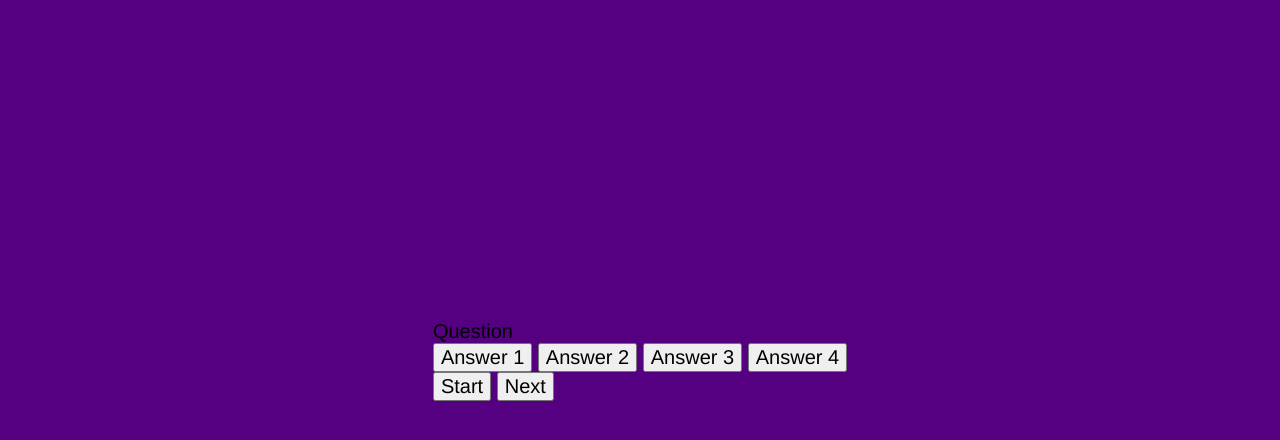
Repository: Vshepard879/Code-Quiz
Page: index.html
The author's editor kept a copy of each file at every save. The page is drawn from the files as they stood at one save, then again after the next save.
The browser window is 1280 px wide. The pictures show the whole page.

Above is the page before, as saved 2022-03-18 01:47:47.

### index.html
<!DOCTYPE html>
<html lang="en">
<head>
    <meta charset="UTF-8">
    <meta http-equiv="X-UA-Compatible" content="IE=edge">
    <meta name="viewport" content="width=device-width, initial-scale=1.0">
    <link href="./assets/css/style.css" link rel="stylesheet">
    <script defer src="./assets/js/script.js"></script>
    <title>Quiz App</title>
</head>
<body>
    <div class="container">
        <div id="question-container" class="hide">
            <div id="question-container" class="hide">
                <div id="question">Question</div>
                <div id="answer-buttons" class="btn-grid"></div>
                <button class="btn">Answer 1</button>
                <button class="btn">Answer 2</button>
                <button class="btn">Answer 3</button>
                <button class="btn">Answer 4</button>
            </div>
        </div>
        <div class="controls">
            <button id="start-btn" class="start-btn btn">Start</button>
            <button id="next-btn" class="next-btn btn hide">Next</button>
        </div>
    </div>
</body>
</html>

### assets/css/style.css
*, *::before, *::after {
    box-sizing: border-box;
    font-family: 'Franklin Gothic Medium', 'Arial Narrow', Arial, sans-serif;
    font-size: 20px;
}

:root {
    --hue-neutral: 280;
    --hue-wrong: 0;
    --hue-correct: 145;
}

body {
    --hue: var(--hue-neutral);
    padding: 0;
    margin: 0;
    display: flex;
    width: 100vw;
    height: 100vh;
    justify-content:center;
    align-items:center;
    background-color:hsl(var(--hue), 100%, 25%);
}


body.correct {
    --hue: var(--hue-correct);
}

body.wrong {
    --hue: var(--hue-wrong);
}

Loaded but not shown: assets/js/script.js (no stored copy; drawn as an empty file)

After the next save:
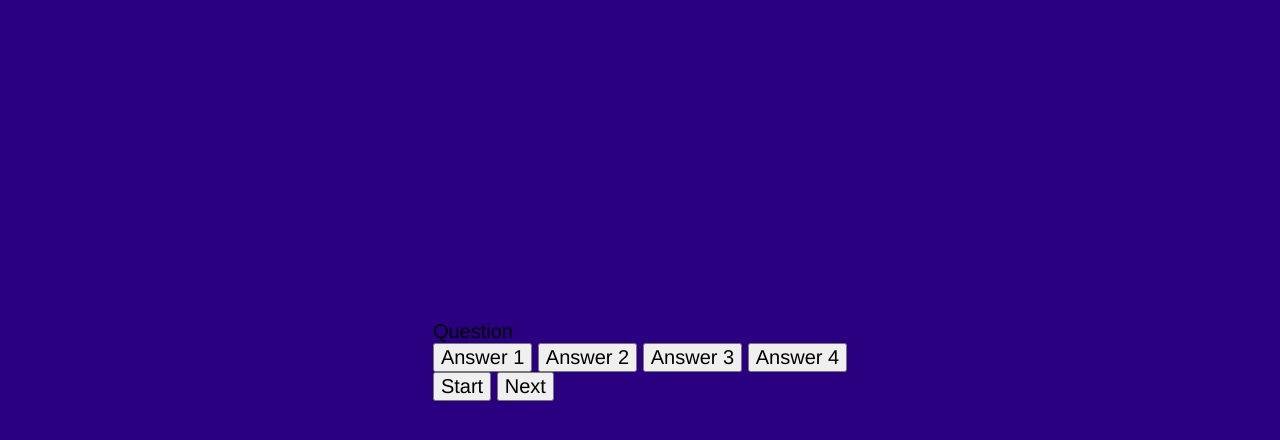
Saved 9 s later.
--- a/assets/css/style.css
+++ b/assets/css/style.css
@@ -5,7 +5,7 @@
 }
 
 :root {
-    --hue-neutral: 280;
+    --hue-neutral: 260;
     --hue-wrong: 0;
     --hue-correct: 145;
 }
